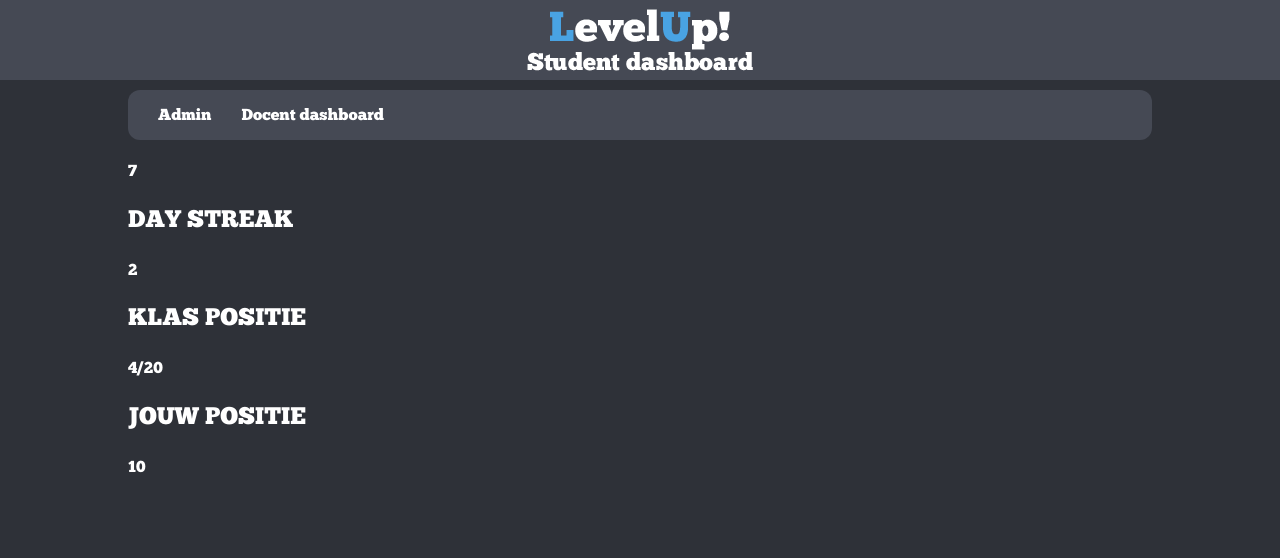
Repository: boblanckenburg/levelup
Page: website/src/index.html
The author's editor kept a copy of each file at every save. The page is drawn from the files as they stood at one save, then again after the next save.
The browser window is 1280 px wide. The pictures show the whole page.

Above is the page before, as saved 2014-09-17 19:11:42.

### website/src/index.html
<!doctype html>
<html class="no-js" id="html" lang="">
    <head>
        <meta charset="utf-8">
        <meta http-equiv="X-UA-Compatible" content="IE=edge">
        <title>LevelUp</title>
        <meta name="description" content="">
        <meta name="viewport" content="width=device-width, initial-scale=1">

        <!-- Place favicon.ico and apple-touch-icon(s) in the root directory -->

        <link rel="stylesheet" href="css/main.css">
        <script src="js/main.js"></script>
        <script src="js/vendor/modernizr-2.8.3.min.js"></script>
    </head>
    <body>
        <!--[if lt IE 8]>
            <p class="browsehappy">You are using an <strong>outdated</strong> browser. Please <a href="http://browsehappy.com/">upgrade your browser</a> to improve your experience.</p>
        <![endif]-->

		<section class="dashboard">
			<section class="header"></section>
			<section class="menu">
				<a>Admin</a>
				<a>Docent dashboard</a>
			</section>
			<section class="content">
				<section class="streaks">
					<div class="streakitem">
						<h1>7</h1>
						<h2>DAY STREAK</h2>
					</div>
					<div class="streakitem">
						<h1>2</h1>
						<h2>KLAS POSITIE</h2>
					</div>
					<div class="streakitem">
						<h1>4/20</h1>
						<h2>JOUW POSITIE</h2>
					</div>
				</section>
				<section class="levelcounter">
					<h1>10</h1>
				</section>
				<section class="actionbar">
				</section>
			</section>
		</section>
    </body>
</html>

### website/src/css/main.css
/*
 * What follows is the result of much research on cross-browser styling.
 * Credit left inline and big thanks to Nicolas Gallagher, Jonathan Neal,
 * Kroc Camen, and the H5BP dev community and team.
 */

/* ==========================================================================
   Base styles: opinionated defaults
   ========================================================================== */

/*
bg-gray: #2e3138;
bg-light-gray: #454954;
bg-blue: #49a2e4;
neon-blue: #01d1ff;
*/

html {
    color: #222;
    font-size: 1em;
    line-height: 1.4;
	margin: 0px;
	background: #2e3138;
	color: white;
	text-decoration: none;
	font-weight: normal;
}

/* ==========================================================================
   Author's custom styles
   ========================================================================== */


@font-face {
    font-family: chunkfivefont;
    src: url(Chunkfive.otf);
}


body {
    font-family: chunkfivefont;
    color: white;
    height:100%;
	margin: 0px;
	overflow-x: scroll;
	overflow-style: marquee-line;
}

a
{
	color: #49a2e4;

}

h1, h2, h3
{
	font-weight: normal;
}

.dashboard,
{
	height:100%;
	width:100%;
}

.content
{
	height: 100%;
	width: 100%;
}

.header
{
    background: #454953;
	width: 100%;
	height:80px;
	margin: 0px auto 0px auto;

	background-image: url('../img/dashboardlogo.png');
	background-position: center;
	background-repeat: no-repeat;
	background-color: #454954;
}

.header #welcome
{
	width: 200px;
	float:right;
	color: white;
	margin 0px auto 0px auto;
	padding: 0px 10px 0px 0px;
}

.header #welcome p
{
	float: right;
	display: block;
	font-size: 0.7em;
	margin: 10px 10px 5px 0px;
}

.header #welcome a
{
	float: right;
	display: block;
	height:20px;
	width: 100px;
	text-align: center;
	font-size: 0.8em;
	color: white;
	text-decoration: none;
	padding:5px 20px 5px 20px;
	margin: 0px 10px 0px 0px;

	background-color: #49a2e4;
	border-radius: 6px;
}

.menu
{
    background: #2e3138;
	width:80%;
	height:100%;
	min-height:50px;
	margin: 10px auto 5px auto;
	background: #454954;
	border-radius: 12px;
	display: block;
}

.menu a, a:visited
{
	display: block;
	float:left;
	height: 35px;
	text-align: center;
	padding: 15px 0px 0px 30px;
	text-decoration: none;
	color: white;
}

.menu a:hover
{
	color: #49a2e4;
}

.content {
	width: 80%;
	height: 350px;
	margin: auto;
}

.container {
	margin: 0px auto 0px auto;
	width:100%;
	display: inline;
}


/* ==========================================================================
   Helper classes
   ========================================================================== */

/*
 * Hide visually and from screen readers: h5bp.com/u
 */

.hidden {
    display: none !important;
    visibility: hidden;
}

/*
 * Hide only visually, but have it available for screen readers: h5bp.com/v
 */

.visuallyhidden {
    border: 0;
    clip: rect(0 0 0 0);
    height: 1px;
    margin: -1px;
    overflow: hidden;
    padding: 0;
    position: absolute;
    width: 1px;
}

/*
 * Extends the .visuallyhidden class to allow the element to be focusable
 * when navigated to via the keyboard: h5bp.com/p
 */

.visuallyhidden.focusable:active,
.visuallyhidden.focusable:focus {
    clip: auto;
    height: auto;
    margin: 0;
    overflow: visible;
    position: static;
    width: auto;
}

/*
 * Hide visually and from screen readers, but maintain layout
 */

.invisible {
    visibility: hidden;
}

/*
 * Clearfix: contain floats
 *
 * For modern browsers
 * 1. The space content is one way to avoid an Opera bug when the
 *    `contenteditable` attribute is included anywhere else in the document.
 *    Otherwise it causes space to appear at the top and bottom of elements
 *    that receive the `clearfix` class.
 * 2. The use of `table` rather than `block` is only necessary if using
 *    `:before` to contain the top-margins of child elements.
 */

.clearfix:before,
.clearfix:after {
    content: " "; /* 1 */
    display: table; /* 2 */
}

.clearfix:after {
    clear: both;
}

/* ==========================================================================
   EXAMPLE Media Queries for Responsive Design.
   These examples override the primary ('mobile first') styles.
   Modify as content requires.
   ========================================================================== */

@media only screen and (min-width: 35em) {
    /* Style adjustments for viewports that meet the condition */
}

@media print,
       (-o-min-device-pixel-ratio: 5/4),
       (-webkit-min-device-pixel-ratio: 1.25),
       (min-resolution: 120dpi) {
    /* Style adjustments for high resolution devices */
}

/* ==========================================================================
   Print styles.
   Inlined to avoid the additional HTTP request: h5bp.com/r
   ========================================================================== */

@media print {
    *,
    *:before,
    *:after {
        background: transparent !important;
        color: #000 !important; /* Black prints faster: h5bp.com/s */
        box-shadow: none !important;
        text-shadow: none !important;
    }

    a,
    a:visited {
        text-decoration: underline;
    }

    a[href]:after {
        content: " (" attr(href) ")";
    }

    abbr[title]:after {
        content: " (" attr(title) ")";
    }

    /*
     * Don't show links that are fragment identifiers,
     * or use the `javascript:` pseudo protocol
     */

    a[href^="#"]:after,
    a[href^="javascript:"]:after {
        content: "";
    }

    pre,
    blockquote {
        border: 1px solid #999;
        page-break-inside: avoid;
    }

    thead {
        display: table-header-group; /* h5bp.com/t */
    }

    tr,
    img {
        page-break-inside: avoid;
    }

    img {
        max-width: 100% !important;
    }

    p,
    h2,
    h3 {
        orphans: 3;
        widows: 3;
    }

    h2,
    h3 {
        page-break-after: avoid;
    }
}

### website/src/js/main.js

//set up height of the html element so 100% height spans the entire screen
document.getElementById("html").style.height=window.innerHeight+"px";

Loaded but not shown: website/src/js/vendor/modernizr-2.8.3.min.js (library)

After the next save:
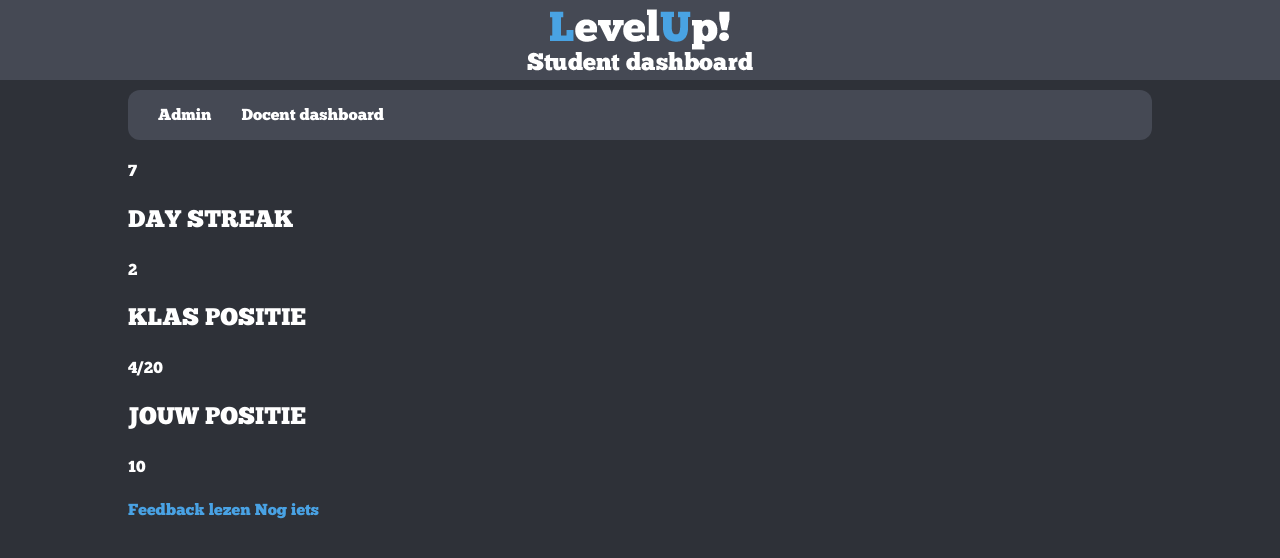
Saved 23 min 54 s later.
--- a/website/src/index.html
+++ b/website/src/index.html
@@ -43,6 +43,8 @@
 					<h1>10</h1>
 				</section>
 				<section class="actionbar">
+					<a>Feedback lezen</a>
+					<a>Nog iets</a>
 				</section>
 			</section>
 		</section>
